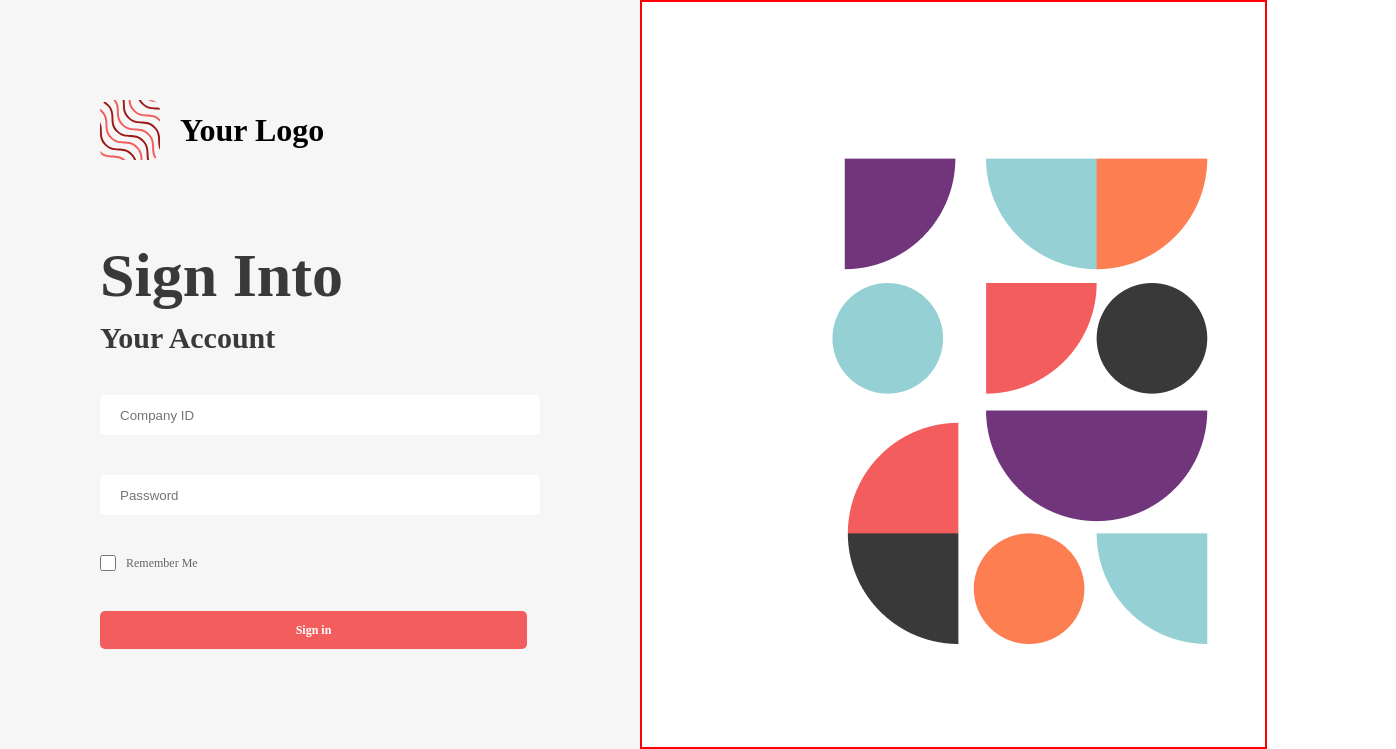
Repository: kubrazamanova/Form-lesson2
Page: index.html
An editor plug-in stored every save of this project. The page is shown before and after the next save, followed by the edit.
The browser window is 1280 px wide. The page is 1396 px wide, then 1280 px, so the pictures cover 1396 px, including what lies to the right of the window. The pictures show the whole page.

Above is the page before, as saved 2023-10-28 10:36:13.

After the next save:
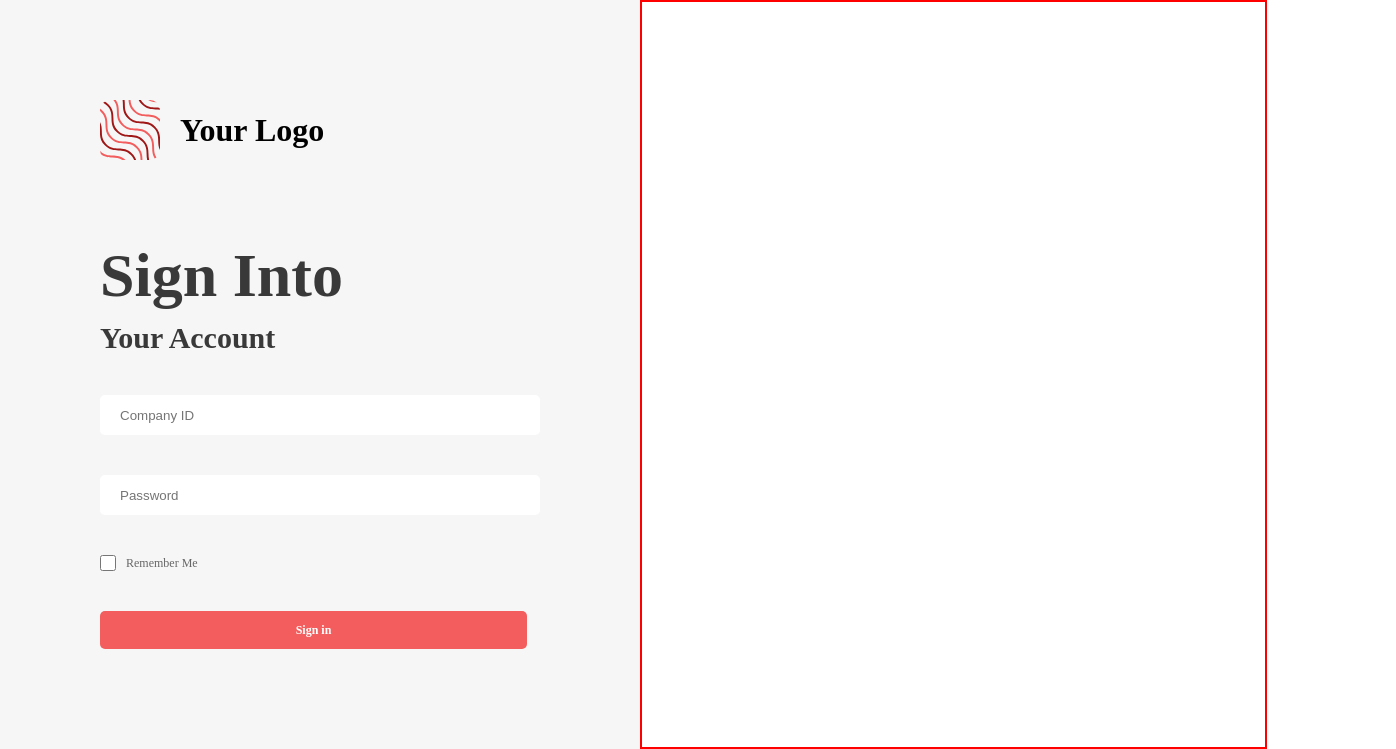
Saved 8 s later.
--- a/index.html
+++ b/index.html
@@ -84,7 +84,7 @@
         </form>
       </div>
       <div class="right-side">
-        <img src="/Component 1.png" alt="" />
+        <!-- <img src="/Component 1.png" alt="" /> -->
 
     </div>
     </div>
